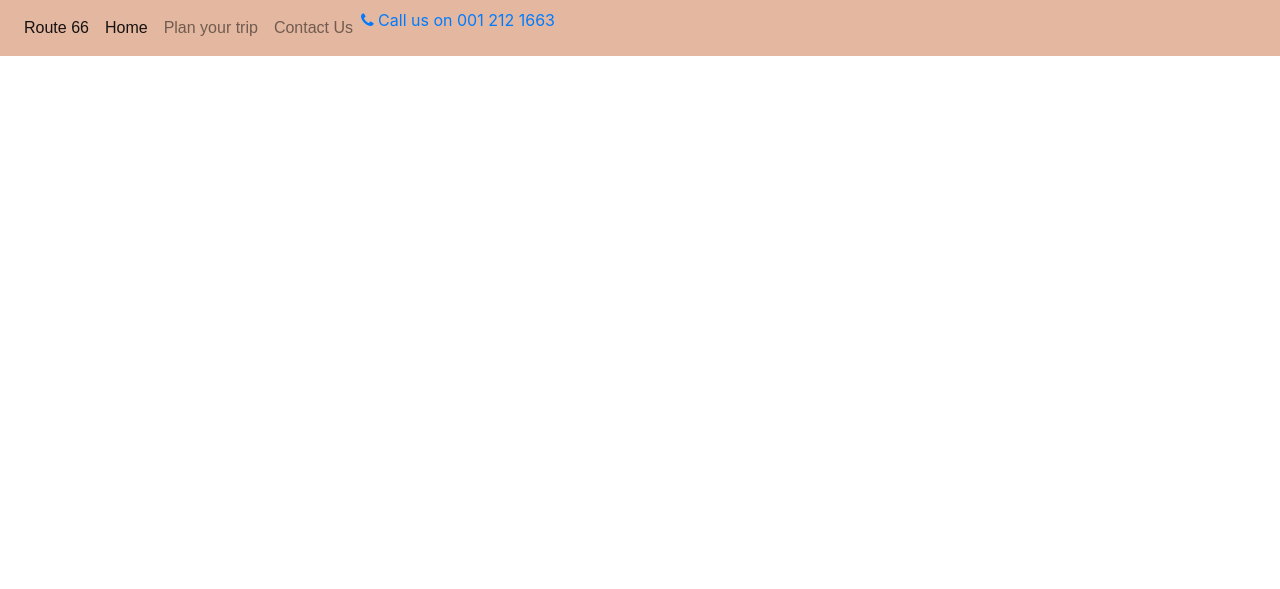
Repository: Code-Institute-Submissions/Javascript-milestone-project-2
Page: index.html
The author's editor kept a record of every edit. The page is drawn from the files as they stood at one moment, then again after the next edit.
The browser window is 1280 px wide. The pictures show the whole page.
Some web fonts or font styles are not loaded; a fallback is used. Some web libraries are served in a nearby version.

Above is the page before.

### index.html
<!DOCTYPE html>
<html lang="en">

<head>
    <meta charset="UTF-8">
    <meta name="viewport" content="width=device-width, initial-scale=1.0">
    <meta http-equiv="X-UA-Compatible" content="ie=edge">
    <link rel="stylesheet" href="https://stackpath.bootstrapcdn.com/bootstrap/4.3.1/css/bootstrap.min.css" type="text/css" />
    <link rel="stylesheet" href="https://cdnjs.cloudflare.com/ajax/libs/hover.css/2.3.1/css/hover-min.css" type="text/css" />
    <link rel="stylesheet" href="https://stackpath.bootstrapcdn.com/font-awesome/4.7.0/css/font-awesome.min.css" type="text/css" />
    <link href="https://fonts.googleapis.com/css?family=Dosis&display=swap" rel="stylesheet">
    <link href="https://fonts.googleapis.com/css?family=Philosopher|Yeon+Sung|ZCOOL+XiaoWei&display=swap" rel="stylesheet">
    <link rel="stylesheet" href="css/style.css" type="text/css" />
    <title>Travel Route 66</title>
</head>

<body>

    <header>
        <nav class="navbar navbar-expand-lg navbar-light">
            <button class="navbar-toggler" type="button" data-toggle="collapse" data-target="#navbarNav" aria-controls="navbarNav" aria-expanded="false" aria-label="Toggle navigation">
    <span class="navbar-toggler-icon"></span>
  </button>
            <div class="collapse navbar-collapse" id="navbarNav">
                <ul class="navbar-nav">
                    <li class="nav-item active">
                        <a class="nav-link" href="#"><span>Route 66</span></a>
                    </li>
                    <li class="nav-item active">
                        <a class="nav-link" href="#"><span>Home</span></a>
                    </li>
                    <li class="nav-item">
                        <a class="nav-link" href="#"><span>Plan your trip</span></a>
                    </li>
                    <li class="nav-item">
                        <a class="nav-link" href="#"><span>Contact Us</span></a>
                    </li>
                    <li class="nav-item">
                        <a class="navlink" href="#"><span><i class="fa fa-phone"></i> Call us on 001 212 1663</span></a>
                    </li>
                </ul>
            </div>
        </nav>
    </header>


    <script src="https://code.jquery.com/jquery-3.2.1.slim.min.js" integrity="sha384-KJ3o2DKtIkvYIK3UENzmM7KCkRr/rE9/Qpg6aAZGJwFDMVNA/GpGFF93hXpG5KkN" crossorigin="anonymous"></script>
    <script src="https://cdnjs.cloudflare.com/ajax/libs/popper.js/1.12.9/umd/popper.min.js" integrity="sha384-ApNbgh9B+Y1QKtv3Rn7W3mgPxhU9K/ScQsAP7hUibX39j7fakFPskvXusvfa0b4Q" crossorigin="anonymous"></script>
    <script src="https://maxcdn.bootstrapcdn.com/bootstrap/4.0.0/js/bootstrap.min.js" integrity="sha384-JZR6Spejh4U02d8jOt6vLEHfe/JQGiRRSQQxSfFWpi1MquVdAyjUar5+76PVCmYl" crossorigin="anonymous"></script>
</body>

</html>

### css/style.css

/* ---------------------------------------------------home.html */


.homeimage {
    width: 100%;
}

.centered {
  position: absolute;
  top: 40%;
  left: 50%;
  transform: translate(-50%, -100%);
  color: #f0f1f2;
  font-family: 'Poppins', sans-serif;
  font-size: 70px;
  background: rgba(0, 0, 0, 0);
  text-shadow: 2px 2px grey;
  text-align: center;

}

.centered2 {
   position: absolute;
  top: 60%;
  left: 50%;
  transform: translate(-50%, -100%);
  color: #f0f1f2;
  font-family: 'Poppins', sans-serif;
  font-size: 40px;
  background: rgba(0, 0, 0, 0);
  text-shadow: 2px 2px grey;
  text-align: center;
}

#homebutton {
    background-color: #FF7F50;
    text-align: center;
    margin-right: 40px;
    font-size: 20px;
    margin-top: 20px;
    border-radius: 30px;
}


/* ---------------------------------------------------navbar */


.navbar {
    margin: 0;
    border: 0;
    background-color: #e3b7a0;
    color: #003366;
    position: fixed;
    z-index: 10;
    width: 100%;

}

.nav-link {
     font-family: 'Poppins', sans-serif;
      color: #003366;
}





/* ---------------------------------------------------Image Carousel */








/* ---------------------------------------------------Title across image carousel */









/* ---------------------------------------------------About Travel Route 66 section */








/* ---------------------------------------------------image cards that fade to text and paragraph of text below */









/* ---------------------------------------------------Reviews */










/* ---------------------------------------------------radio buttons and selections */










/* ---------------------------------------------------Google Map */







/* ---------------------------------------------------cards with package deals */








/* ---------------------------------------------------Footer */

After the next edit:
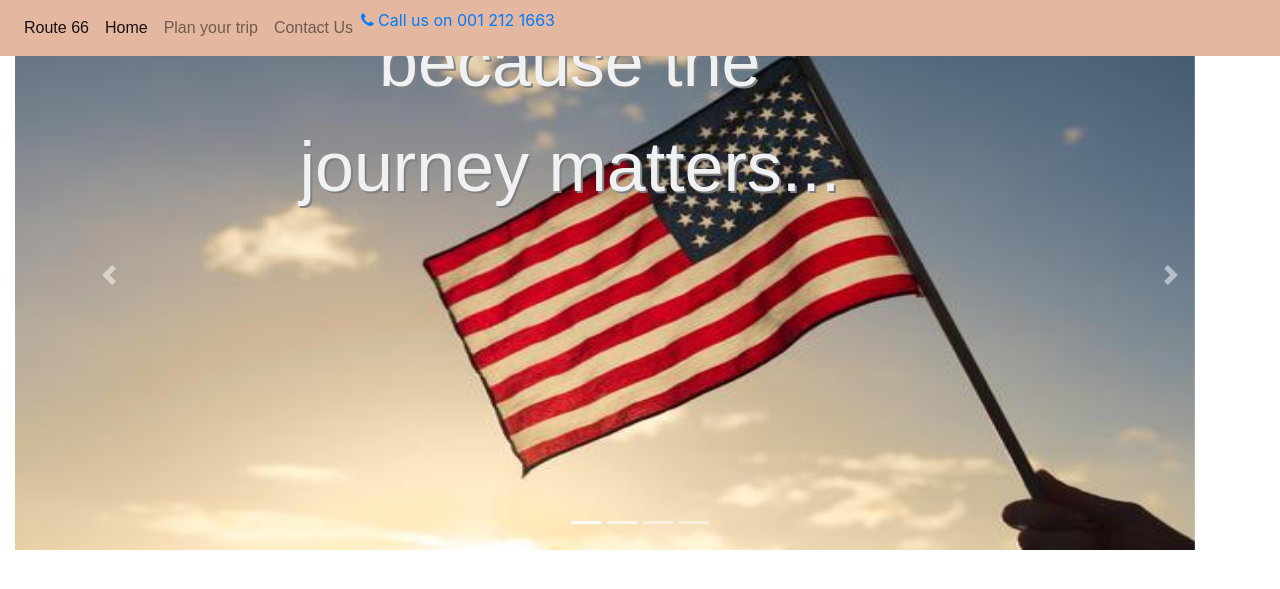
Not found: assets/images/slide2.jpg
The edit:
--- a/index.html
+++ b/index.html
@@ -41,6 +41,58 @@
                 </ul>
             </div>
         </nav>
+
+    <div class="container-fluid">
+    <div id="myCarousel" class="carousel slide" data-ride="carousel">
+          <ul class="carousel-indicators">
+             <li data-target="#myCarousel" data-slide-to="0" class="active"></li>
+            <li data-target="#myCarousel" data-slide-to="1"></li>
+            <li data-target="#myCarousel" data-slide-to="2"></li>
+            <li data-target="#myCarousel" data-slide-to="3"></li>
+        </ul>
+    <div class="carousel-inner">
+    <div class="carousel-item active">
+        <img src="assets/images/slide1.jpg" alt="mainimage" width="100%" height="550">
+         <div class="centered">Travel Route 66... because the journey matters...</div>
+
+            </div>
+
+            <div class="carousel-item">
+
+                <img src="assets/images/slide2.jpg" alt="highway" width="100%" height="550">
+
+
+            </div>
+            <div class="carousel-item">
+
+                <img src="assets/images/slide3.jpg" alt="sunsetcanyon" width="100%" height="550">
+
+
+            </div>
+            <div class="carousel-item">
+
+                <img src="assets/images/slide4.jpg" alt="signontheroad" width="100%" height="550">
+
+
+            </div>
+
+
+            <a class="carousel-control-prev" href="#myCarousel" data-slide="prev">
+
+    <span class="carousel-control-prev-icon"></span>
+
+  </a>
+
+            <a class="carousel-control-next" href="#myCarousel" data-slide="next">
+
+    <span class="carousel-control-next-icon"></span>
+
+  </a>
+
+        </div>
+    </div>
+</div>
+</div>
     </header>
 
 
